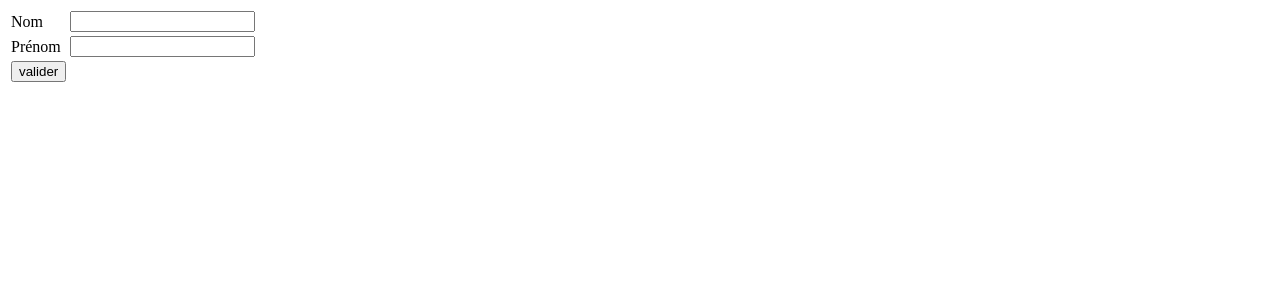
Repository: MarieVeltri/JEE
Page: http://localhost/HelloWorld/ClientAuthentication
The author's editor kept a copy of each file at every save. The page is drawn from the files as they stood at one save, then again after the next save.
The browser window is 1280 px wide. The pictures show the whole page.
The page is served by Tomcat 9. Other server files are loaded and not shown.

Above is the page before, as saved 2024-10-16 07:29:27.

### HelloWorld/src/main/java/be/veltri/servlet/ClientAuthentication.java
package be.veltri.servlet;

import java.io.*;

import javax.servlet.ServletConfig;
import javax.servlet.ServletException;
import javax.servlet.annotation.WebServlet;
import javax.servlet.http.HttpServlet;
import javax.servlet.http.HttpServletRequest;
import javax.servlet.http.HttpServletResponse;

/**
 * Servlet implementation class ClientAuthentication
 */
public class ClientAuthentication extends HttpServlet {
	private static final long serialVersionUID = 1L;

    /**
     * @see HttpServlet#HttpServlet()
     */
    public ClientAuthentication() {
        super();
        // TODO Auto-generated constructor stub
    }

    private String username;
    private String password;

    @Override
    public void init() throws ServletException {
        super.init();

        ServletConfig config = getServletConfig();
        username = config.getInitParameter("username");
        password = config.getInitParameter("password");

        System.out.println("Servlet ClientAuthentication initialized with username: " + username);
    }
	/**
	 * @see HttpServlet#doGet(HttpServletRequest request, HttpServletResponse response)
	 */
    protected void doGet(HttpServletRequest request, HttpServletResponse response) throws ServletException, IOException {

         String usernameParam = request.getParameter("username");
         String passwordParam = request.getParameter("password");

         response.setContentType("text/html");

         PrintWriter out = response.getWriter();

         if(request.getParameter("submit") != null)
         {
 	        if(usernameParam != null && usernameParam.equals(username)
 	                && passwordParam != null && passwordParam.equals(password)) {
 	            out.println("Authentification réussie. Bienvenue " + username);
 	        }else {
 	            out.println("Authentification incorrecte.");
 	        }
         }
         out.println("<!DOCTYPE html>");
         out.println("<html>");
         out.println("<head>");
         out.println("<meta http-equiv=\"Content-Type\" content=\"text/html;charset=UTF-8\">");
         out.println("<title></title>");
         out.println("</head>");
         out.println("<body>");
         out.println("<form action=\"ClientAuthentication\" method=\"get\">");
         out.println("<table border=\"0\">");
         out.println("<tbody>");
         out.println("<tr>");
         out.println("<td>Nom</td>");
         out.println("<td><input type=\"text\" name=\"lastname\" value=\"\" size=\"20\" /></td>");
         out.println("</tr>");
         out.println("<tr>");
         out.println("<td>Prénom</td>");
         out.println("<td><input type=\"text\" name=\"firstname\" value=\"\" size=\"20\" /></td>");
         out.println("</tr>");
         out.println("<td><input type=\"submit\" value=\"valider\" name=\"validation\" /></td>");
         out.println("</tr>");
         out.println("</tbody>");
         out.println("</table>");
         out.println("</form>");
         out.println("</body>");
         out.println("</html>");

    }

    /**
     * @see HttpServlet#doPost(HttpServletRequest request, HttpServletResponse response)
     */
    protected void doPost(HttpServletRequest request, HttpServletResponse response) throws ServletException, IOException {
       doGet(request, response);
    }

}

After the next save:
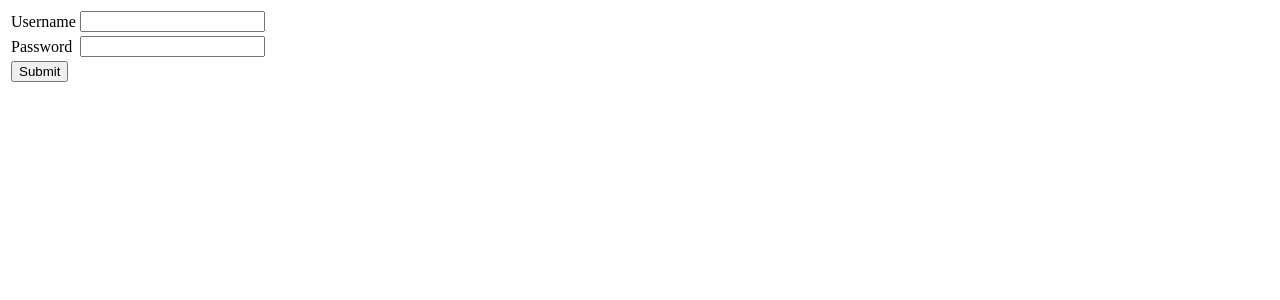
Saved 100 s later.
--- a/HelloWorld/src/main/java/be/veltri/servlet/ClientAuthentication.java
+++ b/HelloWorld/src/main/java/be/veltri/servlet/ClientAuthentication.java
@@ -9,19 +9,8 @@ import javax.servlet.http.HttpServlet;
 import javax.servlet.http.HttpServletRequest;
 import javax.servlet.http.HttpServletResponse;
 
-/**
- * Servlet implementation class ClientAuthentication
- */
 public class ClientAuthentication extends HttpServlet {
-	private static final long serialVersionUID = 1L;
-
-    /**
-     * @see HttpServlet#HttpServlet()
-     */
-    public ClientAuthentication() {
-        super();
-        // TODO Auto-generated constructor stub
-    }
+    private static final long serialVersionUID = 1L;
 
     private String username;
     private String password;
@@ -29,67 +18,59 @@ public class ClientAuthentication extends HttpServlet {
     @Override
     public void init() throws ServletException {
         super.init();
-
         ServletConfig config = getServletConfig();
         username = config.getInitParameter("username");
         password = config.getInitParameter("password");
-
         System.out.println("Servlet ClientAuthentication initialized with username: " + username);
     }
-	/**
-	 * @see HttpServlet#doGet(HttpServletRequest request, HttpServletResponse response)
-	 */
+
     protected void doGet(HttpServletRequest request, HttpServletResponse response) throws ServletException, IOException {
+        response.setContentType("text/html");
+        PrintWriter out = response.getWriter();
 
-         String usernameParam = request.getParameter("username");
-         String passwordParam = request.getParameter("password");
-
-         response.setContentType("text/html");
-
-         PrintWriter out = response.getWriter();
-
-         if(request.getParameter("submit") != null)
-         {
- 	        if(usernameParam != null && usernameParam.equals(username)
- 	                && passwordParam != null && passwordParam.equals(password)) {
- 	            out.println("Authentification réussie. Bienvenue " + username);
- 	        }else {
- 	            out.println("Authentification incorrecte.");
- 	        }
-         }
-         out.println("<!DOCTYPE html>");
-         out.println("<html>");
-         out.println("<head>");
-         out.println("<meta http-equiv=\"Content-Type\" content=\"text/html;charset=UTF-8\">");
-         out.println("<title></title>");
-         out.println("</head>");
-         out.println("<body>");
-         out.println("<form action=\"ClientAuthentication\" method=\"get\">");
-         out.println("<table border=\"0\">");
-         out.println("<tbody>");
-         out.println("<tr>");
-         out.println("<td>Nom</td>");
-         out.println("<td><input type=\"text\" name=\"lastname\" value=\"\" size=\"20\" /></td>");
-         out.println("</tr>");
-         out.println("<tr>");
-         out.println("<td>Prénom</td>");
-         out.println("<td><input type=\"text\" name=\"firstname\" value=\"\" size=\"20\" /></td>");
-         out.println("</tr>");
-         out.println("<td><input type=\"submit\" value=\"valider\" name=\"validation\" /></td>");
-         out.println("</tr>");
-         out.println("</tbody>");
-         out.println("</table>");
-         out.println("</form>");
-         out.println("</body>");
-         out.println("</html>");
-
+        out.println("<!DOCTYPE html>");
+        out.println("<html>");
+        out.println("<head>");
+        out.println("<meta http-equiv=\"Content-Type\" content=\"text/html;charset=UTF-8\">");
+        out.println("<title>Login</title>");
+        out.println("</head>");
+        out.println("<body>");
+        out.println("<form action=\"ClientAuthentication\" method=\"post\">");  // Change to POST
+        out.println("<table border=\"0\">");
+        out.println("<tbody>");
+        out.println("<tr>");
+        out.println("<td>Username</td>");
+        out.println("<td><input type=\"text\" name=\"username\" size=\"20\" /></td>");  // Corrected parameter
+        out.println("</tr>");
+        out.println("<tr>");
+        out.println("<td>Password</td>");
+        out.println("<td><input type=\"password\" name=\"password\" size=\"20\" /></td>");  // Corrected parameter
+        out.println("</tr>");
+        out.println("<tr>");
+        out.println("<td><input type=\"submit\" value=\"Submit\" name=\"submit\" /></td>");  // Corrected submit button
+        out.println("</tr>");
+        out.println("</tbody>");
+        out.println("</table>");
+        out.println("</form>");
+        out.println("</body>");
+        out.println("</html>");
     }
 
-    /**
-     * @see HttpServlet#doPost(HttpServletRequest request, HttpServletResponse response)
-     */
     protected void doPost(HttpServletRequest request, HttpServletResponse response) throws ServletException, IOException {
-       doGet(request, response);
+        String usernameParam = request.getParameter("username");
+        String passwordParam = request.getParameter("password");
+
+        response.setContentType("text/html");
+        PrintWriter out = response.getWriter();
+
+        if (usernameParam != null && usernameParam.equals(username)
+                && passwordParam != null && passwordParam.equals(password)) {
+            out.println("Authentification réussie. Bienvenue " + username);
+        } else {
+            out.println("Authentification incorrecte.");
+        }
+
+        // Redisplay the form after processing
+        doGet(request, response);
     }
-
 }
